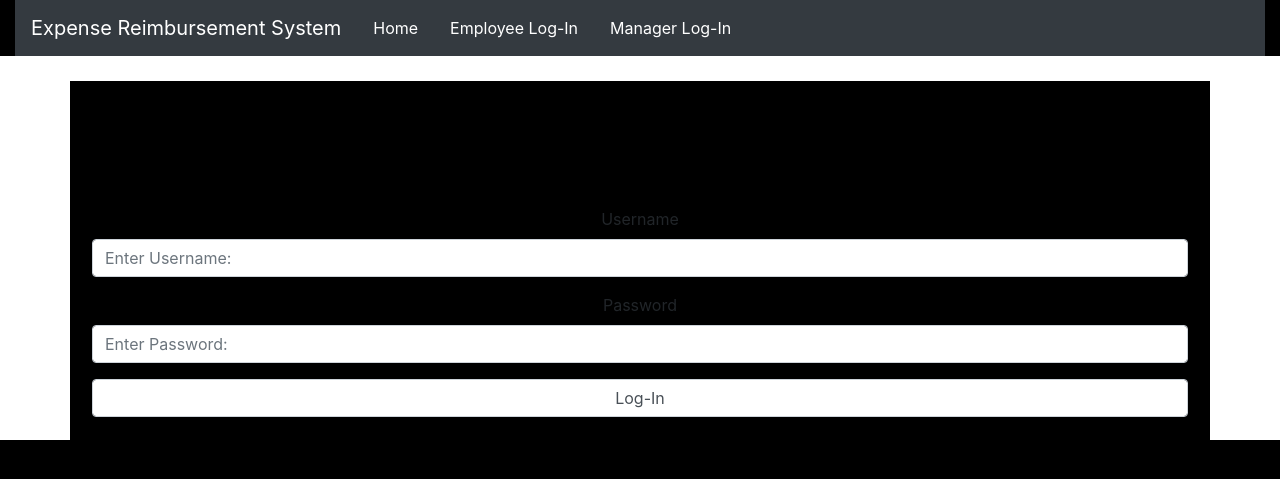
Repository: Trevormulrenin/ers-app
Page: http://localhost/ers-app/html/manager_login.html
An editor plug-in stored every save of this project. The page is shown before and after the next save, followed by the edit.
The browser window is 1280 px wide. The pictures show the whole page.
The page is served by Tomcat 9. Other server files are loaded and not shown.

Above is the page before, as saved 2021-04-01 16:55:14.

### ers-app/src/main/webapp/html/manager_login.html
<!DOCTYPE html>
<html>
<head>
	<meta charset="UTF-8">
	<meta name="viewport" content="width=device-width, initial-scale=1.0">

    <link rel="stylesheet" href="https://stackpath.bootstrapcdn.com/bootstrap/4.5.0/css/bootstrap.min.css" integrity="sha384-9aIt2nRpC12Uk9gS9baDl411NQApFmC26EwAOH8WgZl5MYYxFfc+NcPb1dKGj7Sk" crossorigin="anonymous">
	<link rel="stylesheet" type="text/css" href="../css/style.css">
<title>Expense Reimbursement System</title>
</head>

<style>
	#log-in-button {
		text-align:center;
	}

	.login {
	border: 2px solid black;
	content: 5px;
    width: auto;
    text-align: center;
    padding: 5px;
    margin: auto;
    box-shadow: white;
	}

	.nav-item, .nav-item-active {
/* 		text-decoration: none; */
		color: white;
		border: 1px;
		border-color:white;
	}

</style>

<body>

	<div class="container-fluid">
		<nav class="navbar navbar-expand-lg navbar-dark bg-dark">
			<a class="navbar-brand" href="../index.html">Expense Reimbursement System</a>
					<a class="nav-item nav-link" href="../index.html">Home</a>
					<a class="nav-item nav-link active" id="nav-item-right" href="employee_login.html">Employee Log-In</a>
					<a class="nav-item nav-link" id="nav-item-right" href="manager_login.html">Manager Log-In</a>

		</nav>
	</div>

	<div class="container">
		<h2>Manager Log-In</h2>
		<p id="enter-credentials">Please enter your credentials below</p>

		<div class="login">
			<form action="http://localhost:8080/ers-app/ManagerLogInServlet" method="post">
			<div class="form-group">
				<label for="managerUsername">Username</label>
				<input type="text" class="form-control" id="managerUsername" name="managerUsername" placeholder="Enter Username:" required>
			</div>
			<div class="form-group">
				<label for="managerPassword">Password</label>
				<input type="password" class="form-control" id="managerPassword" name="managerPassword" placeholder="Enter Password:" required>
			</div>
			<div class="form-group">
				<button type="submit" class="form-control" id="log-in-button">Log-In</button>
			</div>
			</form>
		</div>

	</div>

</body>
</html>

### ers-app/src/main/webapp/css/style.css
@charset "UTF-8";

* {
	background-color: black;
}
#navbar-menu-right{
	text-decoration: none;
	color: black;
}

.nav-item, .nav-item-active, .nav-list-right {
		color: white;
		border: 1px;
		border-color:white;
	}

h1 {
	text-align: center;
    font-family: Lato;
    color: Black;
    font-size: 40px;
    margin: 50px;
}

p {
	text-align: center;
    font-family: Lato;
	color: Black;
	font-size: 15px;
}

h2 {
	text-align: center;
    font-family: Lato;
    color: Black;
    font-size: 40px;
    margin: 25px;
}

#enter-credentials {
	text-align: center;
    font-family: Lato;
	color: Black;
	font-size: 20px;
}


#pending-reimbursement, #resolved-reimbursement {
	border: 2px solid black;
	color: black;
	text-align:center;
	height: 300px;
	width: 400px;
    top:30%;
    left:10%;
/*     display: flex; */
/* 	justify-content: space-evenly; */
}

#pending-reimbursement {
	float: left;
}

#resolved-reimbursement:hover {
	background-color: gray;
	color:white;
}

#pending-reimbursement:hover {
	background-color: gray;
	color:white;
}

#pending-table, #resolved-table {
	padding: 10px;
	margin-left: auto;
	margin-right: auto;
	margin-top:20%;
	border: 2px solid black;
	border-collapse: collapse;
	border-left: 2px solid black;
	border-bottom: 2px solid black;
	border-spacing: 10px;
}

.nav-item, .nav-item-active, .nav-list-right {
/* 		text-decoration: none; */
		color: white;
		border: 1px;
		border-color:white;
	}

th, tr {
	border: 2px;
}

#log-in-button {
	text-align: center;
}

.login {
	border: 2px solid black;
	content: 5px;
	width: auto;
	text-align: center;
	padding: 5px;
	margin: auto;
	box-shadow: white;
}

#update-table {
	width: "100%";
	padding: 2px;
	margin-top: 5px;
	margin-bottom: 0px;
	margin-left: auto;
	margin-right: auto;
	border: 1px solid black;
	border-collapse: separate;
	border-spacing: 2px;
}

#view-employees {
	width: "100%";
	padding: 2px;
	margin-top: 5px;
	margin-bottom: 0px;
	margin-left: auto;
	margin-right: auto;
	border: 1px solid black;
	border-collapse: separate;
	border-spacing: 2px;
}

#reimbursement-table {
	width: "100%";
	padding: 2px;
	margin-top: 5px;
	margin-bottom: 0px;
	margin-left: auto;
	margin-right: auto;
	border: 1px solid black;
	border-collapse: separate;
	border-spacing: 2px;
}

.log-in-button {
	text-align: center;
	margin-top: 10px;
}

After the next save:
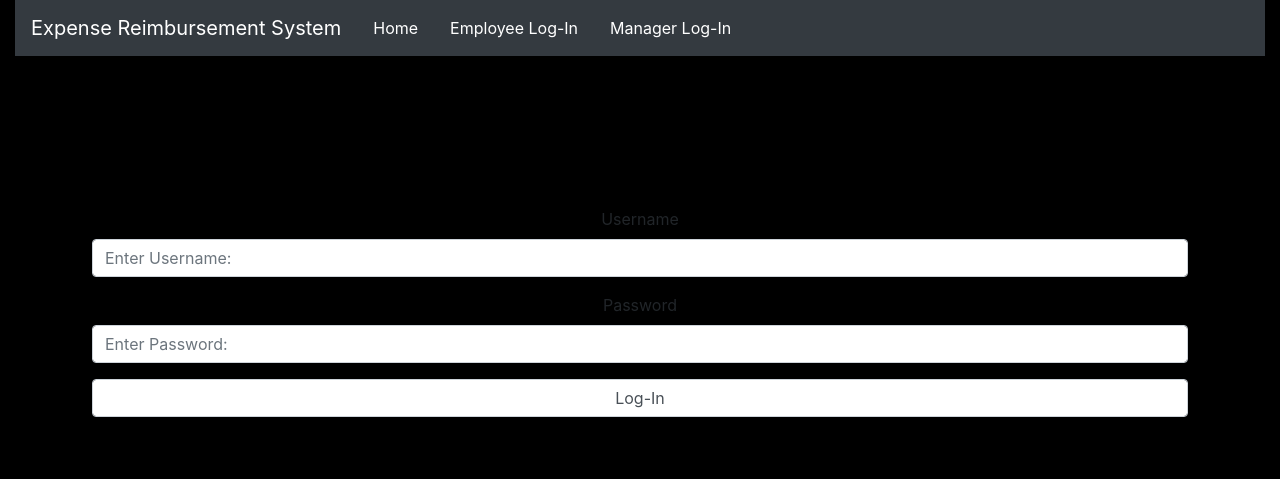
Saved 21 s later.
--- a/ers-app/src/main/webapp/css/style.css
+++ b/ers-app/src/main/webapp/css/style.css
@@ -1,7 +1,7 @@
 @charset "UTF-8";
 
-* {
-	background-color: black;
+body {
+	background-color:black;
 }
 #navbar-menu-right{
 	text-decoration: none;
